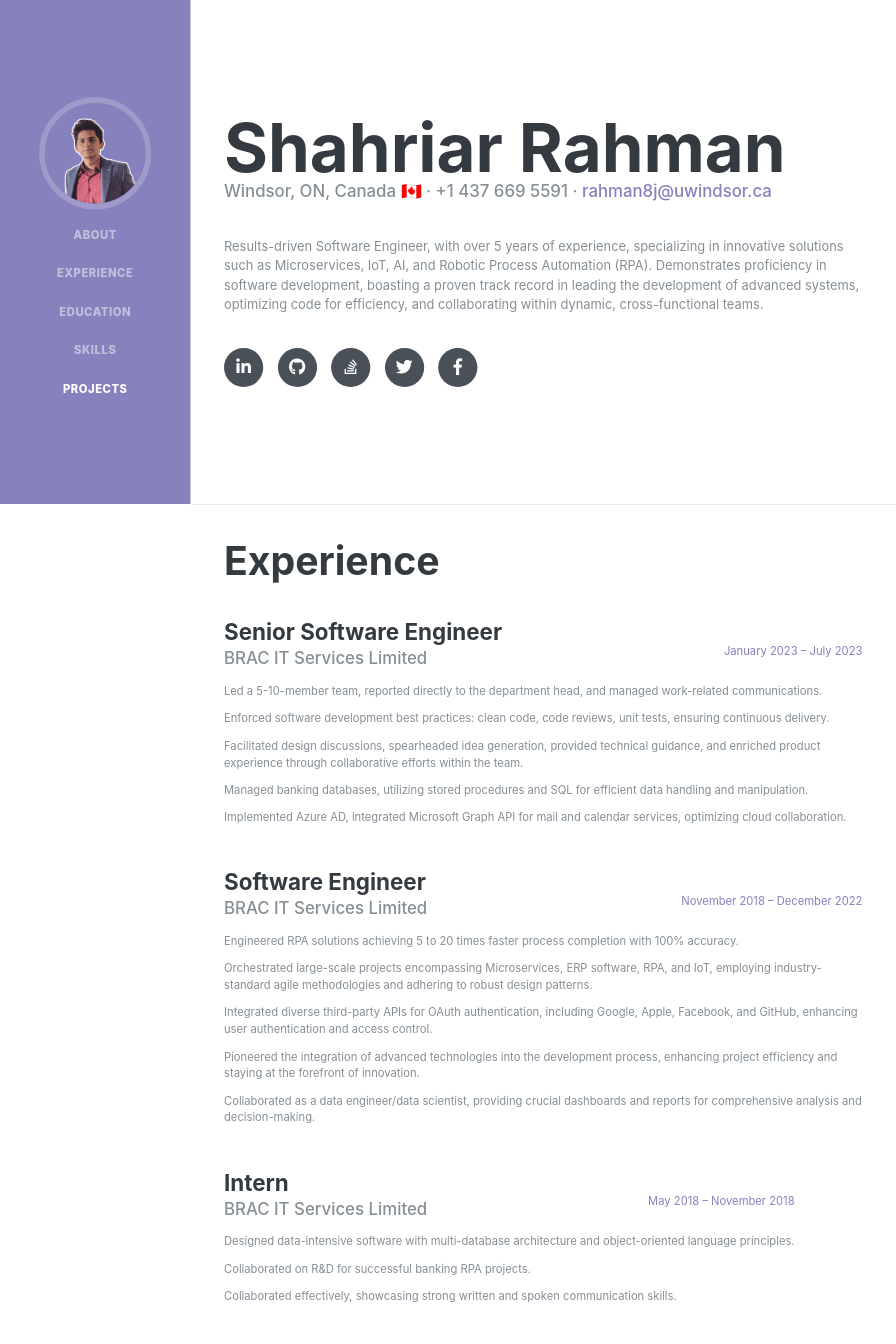
Repository: xahin96/xahin96.github.io
Page: index.html
The author's editor kept a copy of each file at every save. The page is drawn from the files as they stood at one save, then again after the next save.
The browser window is 1280 px wide. The pictures show the part of the page from y = 0 to 1920 px (the page is 5497 px tall), at 70% of full size.
Some web fonts or font styles are not loaded; a fallback is used.

Above is the page before, as saved 2024-04-27 12:37:11.

After the next save:
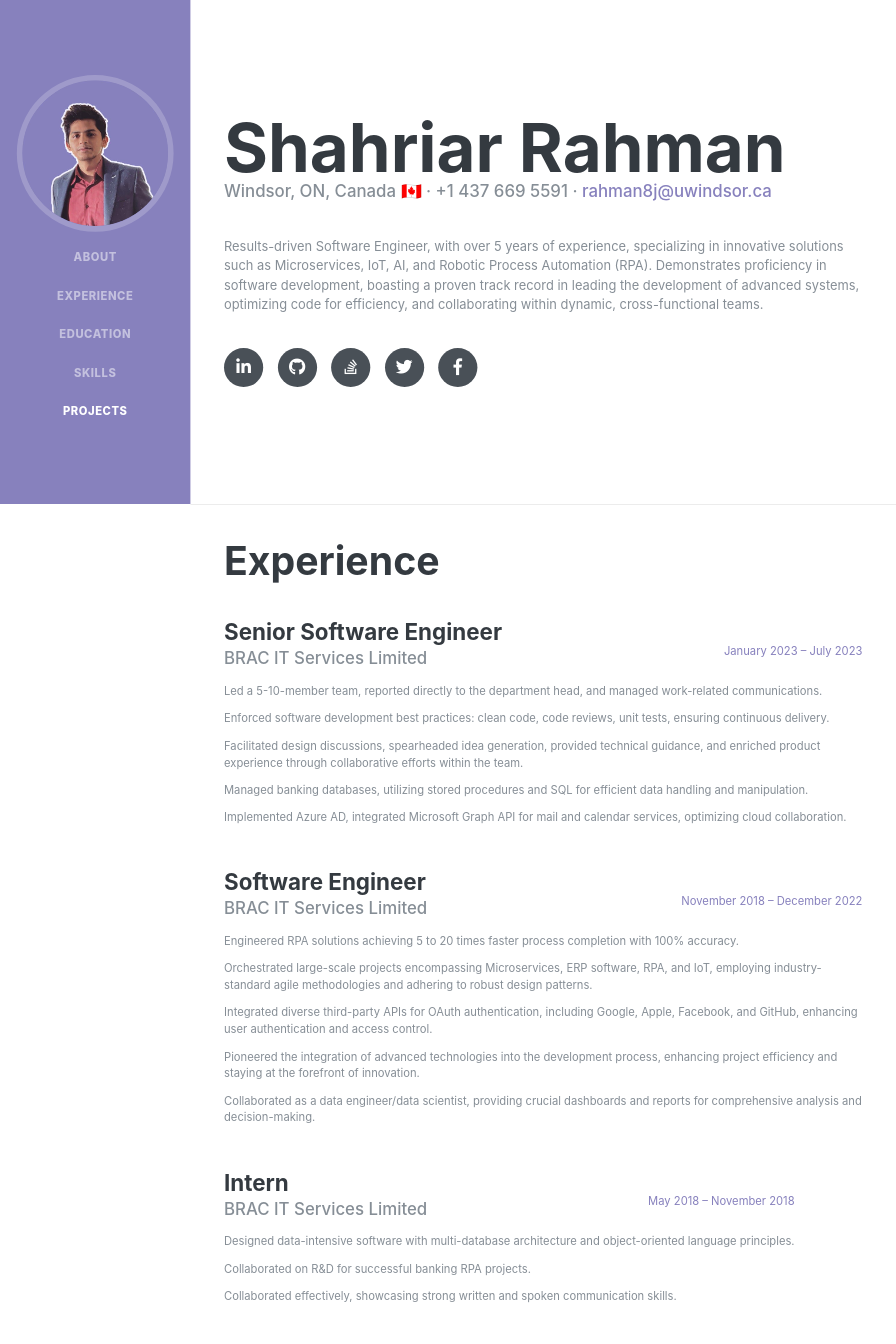
Saved 3 min 50 s later.
--- a/css/resume.css
+++ b/css/resume.css
@@ -138,8 +138,8 @@ li{
     padding: 0.5rem;
   }
   #sideNav .navbar-brand .img-profile {
-    max-width: 10rem;
-    max-height: 10rem;
+    max-width: 14rem;
+    max-height: 14rem;
     border: 0.5rem solid rgba(255, 255, 255, 0.2);
   }
   #sideNav .navbar-collapse {
